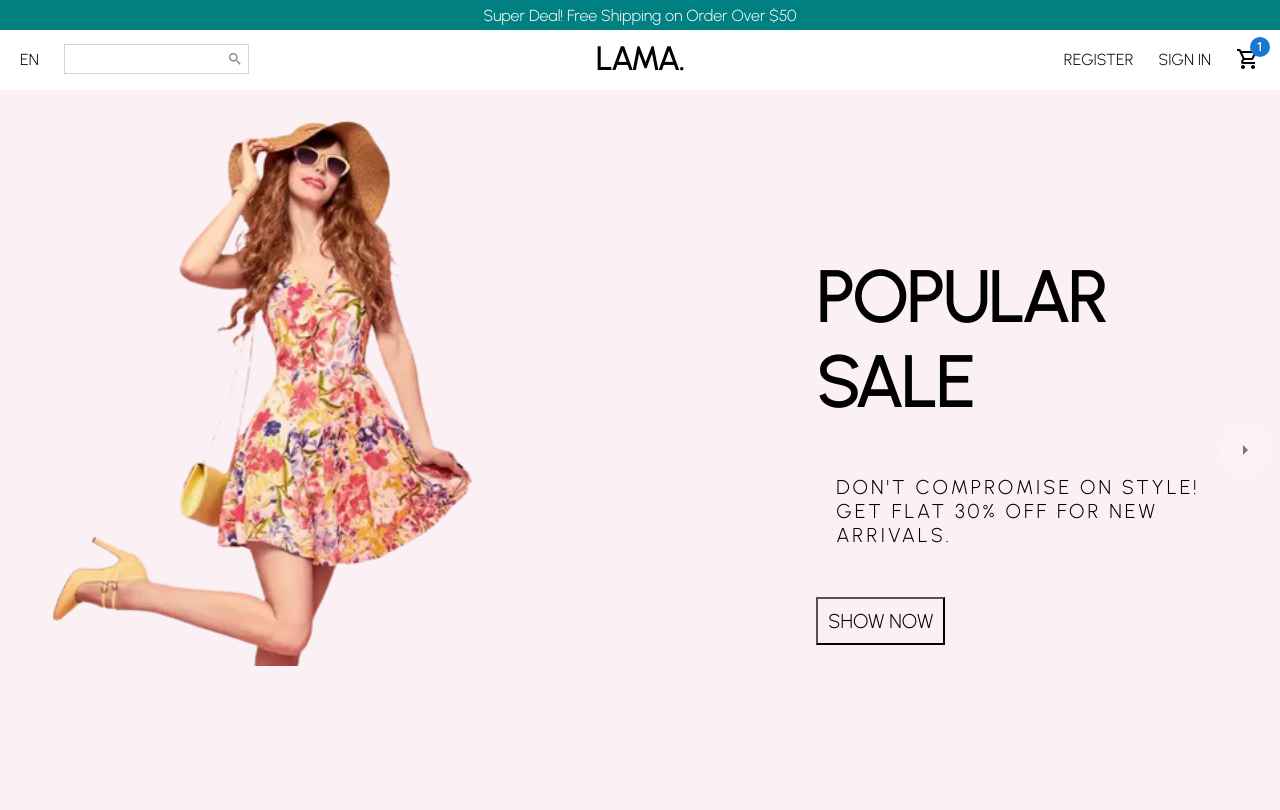
Repository: kmvaghela/ECOMMERCE
Page: /
The author's editor kept a copy of each file at every save. The page is drawn from the files as they stood at one save, then again after the next save.
The browser window is 1280 px wide. The pictures show the whole page.
The project was rebuilt for these pictures with package versions that can differ from the ones it lists, and the page was loaded fresh each time.

Above is the page before, as saved 2022-02-22 13:59:45.

After the next save:
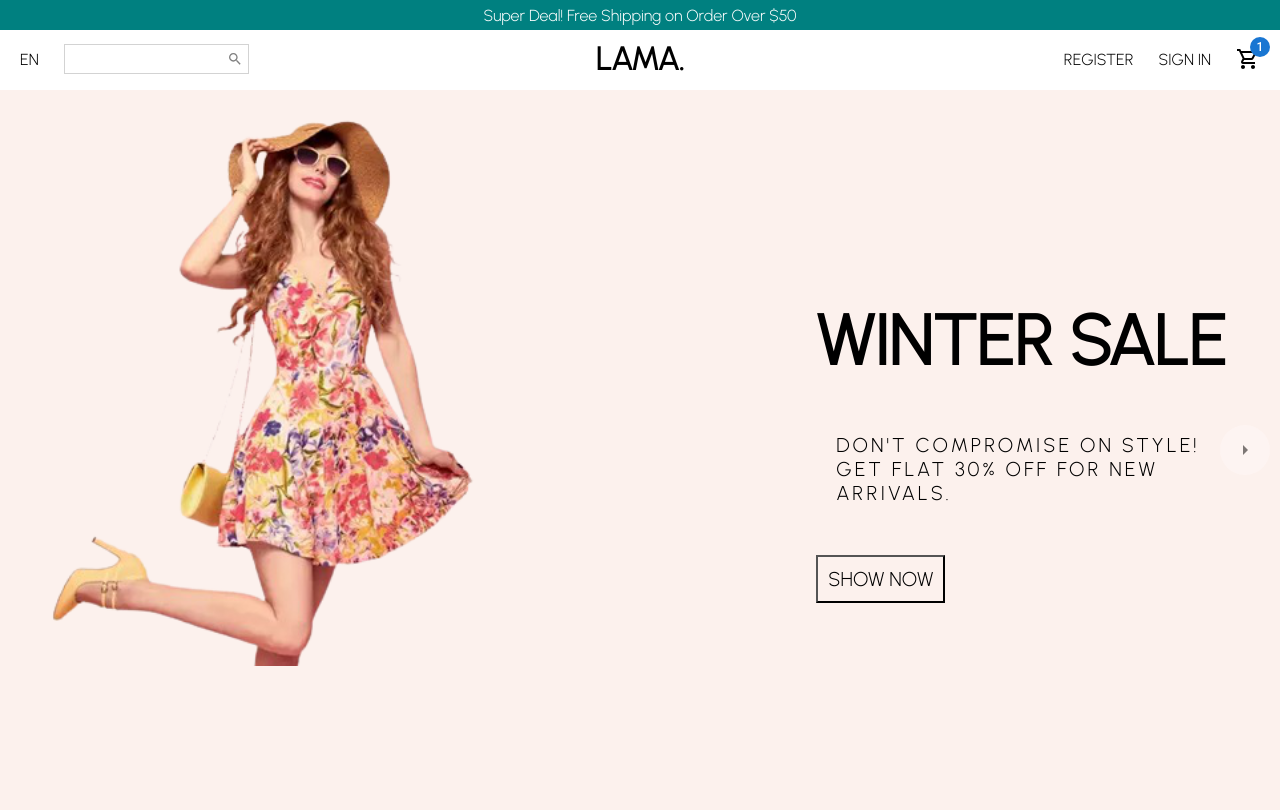
Saved 50 s later.
--- a/src/components/Slider.jsx
+++ b/src/components/Slider.jsx
@@ -30,7 +30,7 @@
 const Wrapper = styled.div`
   height: 100%;
   display: flex;
-  transform: translateX(-200vw);
+  transform: translateX(-100vw);
 `;
 
 const Slide = styled.div`
